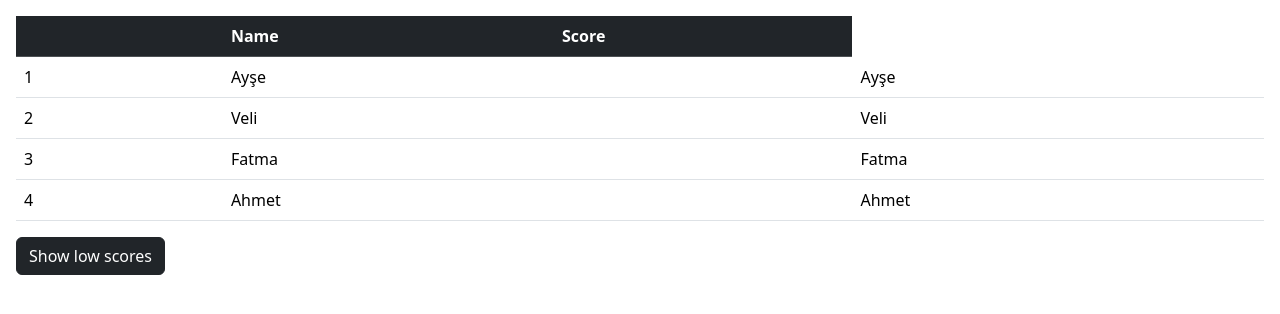
Repository: GorkemTurhan89/jsTutorial
Page: day17/70-dom-2.html
These files come from the project's save history. The page is drawn as it stood at one moment and after the next save; the edit follows.
The browser window is 1280 px wide. The pictures show the whole page.

Above is the page before, as saved 2024-06-22 13:50:59.

### day17/70-dom-2.html
<!DOCTYPE html>
<html lang="en">
<head>
    <meta charset="UTF-8">
    <meta name="viewport" content="width=device-width, initial-scale=1.0">
    <title>DOM</title>
    <link href="https://cdn.jsdelivr.net/npm/bootstrap@5.3.3/dist/css/bootstrap.min.css" rel="stylesheet" integrity="sha384-QWTKZyjpPEjISv5WaRU9OFeRpok6YctnYmDr5pNlyT2bRjXh0JMhjY6hW+ALEwIH" crossorigin="anonymous">
</head>
<body class="p-3">

    <table id="tblStudents" class="table">
        <thead class="table-dark">
            <tr>
                <th></th>
                <th></th>
                <th>Name</th>
                <th>Score</th>
            </tr>
        </thead>
        <tbody>


        </tbody>
    </table>
    <button id="btnShowLowScores" class="btn btn-dark">Show low scores</button>

    <script type="module" src="js/script-70.js">

    </script>
</body>
</html>

### day17/js/script-70.js
import {students} from "./student.js"

document.getElementById("btnShowLowScores").addEventListener("click",()=>{

    setRowColorsForLowScores();

});

const setRowColorsForLowScores =() =>{

    const tableRows = document.querySelectorAll("#tblStudents tbody tr")
}


const loadData =()=>{
    let html="";

    students.forEach((student,index)=>{

        html+=`<tr><td>${index+1}<td>
                    <td>${student.name}<td>
                    <td>${student.name}<td>
                    </tr>`;


    })

    const tbody = document.querySelector("#tblStudents tbody");
    tbody.innerHTML=html;
}
loadData();

### day17/js/student.js
export const students = [
    { id: 1, name: "Ayşe", point: 80 },
    { id: 2, name: "Veli", point: 32 },
    { id: 3, name: "Fatma", point: 56 },
    { id: 4, name: "Ahmet", point: 76 },
  ];

After the next save:
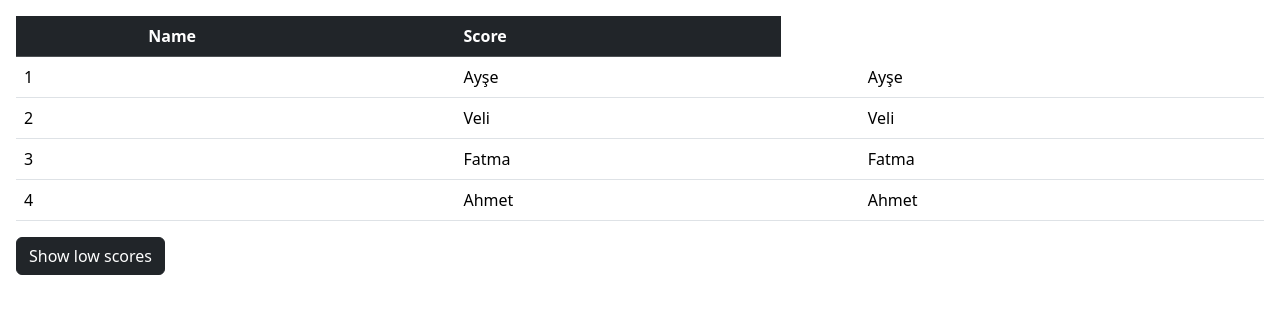
Saved 21 s later.
--- a/day17/70-dom-2.html
+++ b/day17/70-dom-2.html
@@ -11,7 +11,6 @@
     <table id="tblStudents" class="table">
         <thead class="table-dark">
             <tr>
-                <th></th>
                 <th></th>
                 <th>Name</th>
                 <th>Score</th>
